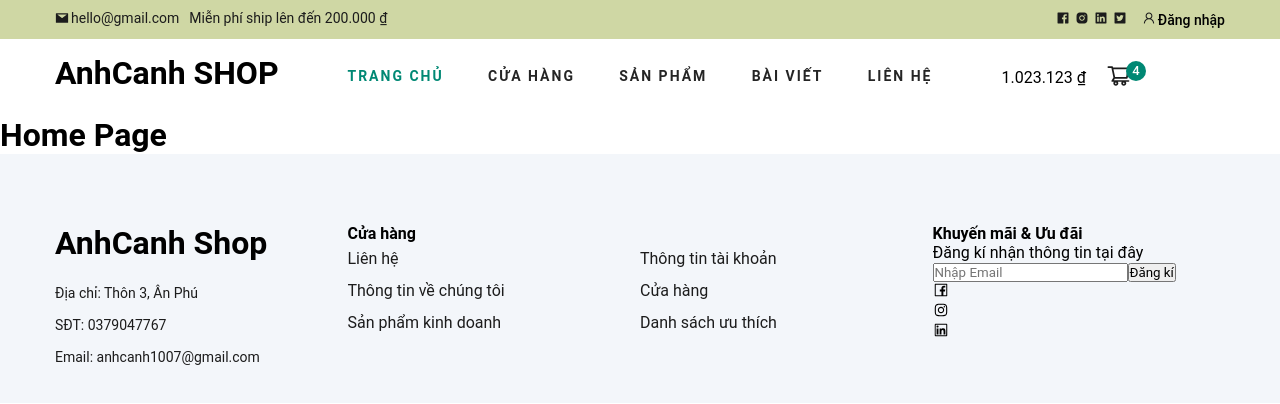
Repository: anhcanh1007/show_product
Page: /
These files come from the project's save history. The page is drawn as it stood at one moment and after a run of saves; the edit follows.
The browser window is 1280 px wide. The pictures show the whole page.
The project was rebuilt for these pictures with package versions that can differ from the ones it lists, and the page was loaded fresh each time. Imported but missing from the stored project, and not drawn on this page: src/pages/user/profilePage.

Above is the page before, as saved 2024-01-26 23:10:17.

After the next 2 saves:
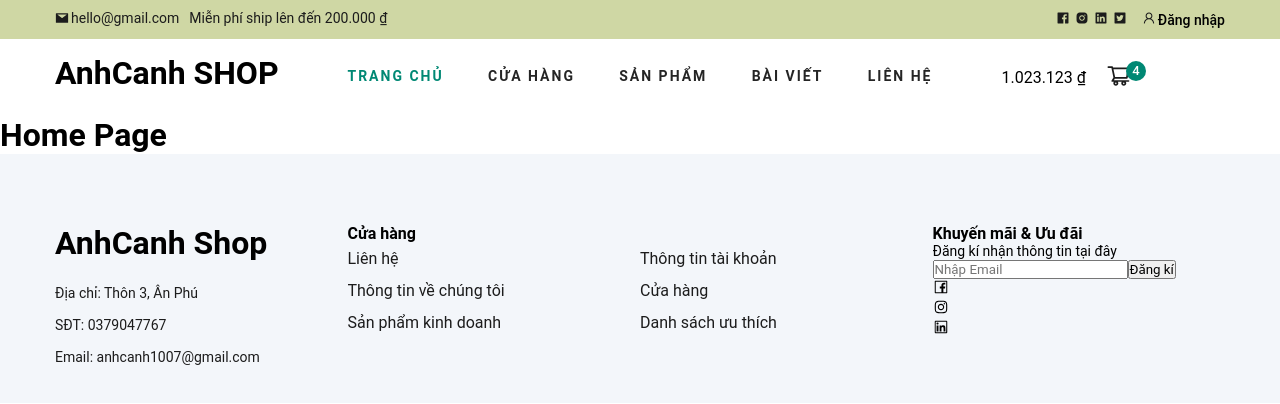
The 2 saves are shown as one change because 1 did not build or start.
The last was saved 2 min 13 s later.
--- a/src/pages/user/theme/footer/style.scss
+++ b/src/pages/user/theme/footer/style.scss
@@ -50,5 +50,10 @@
                 }
             }
         }
+
+        p {
+            font-size: 14px;
+
+        }
     }
 }
